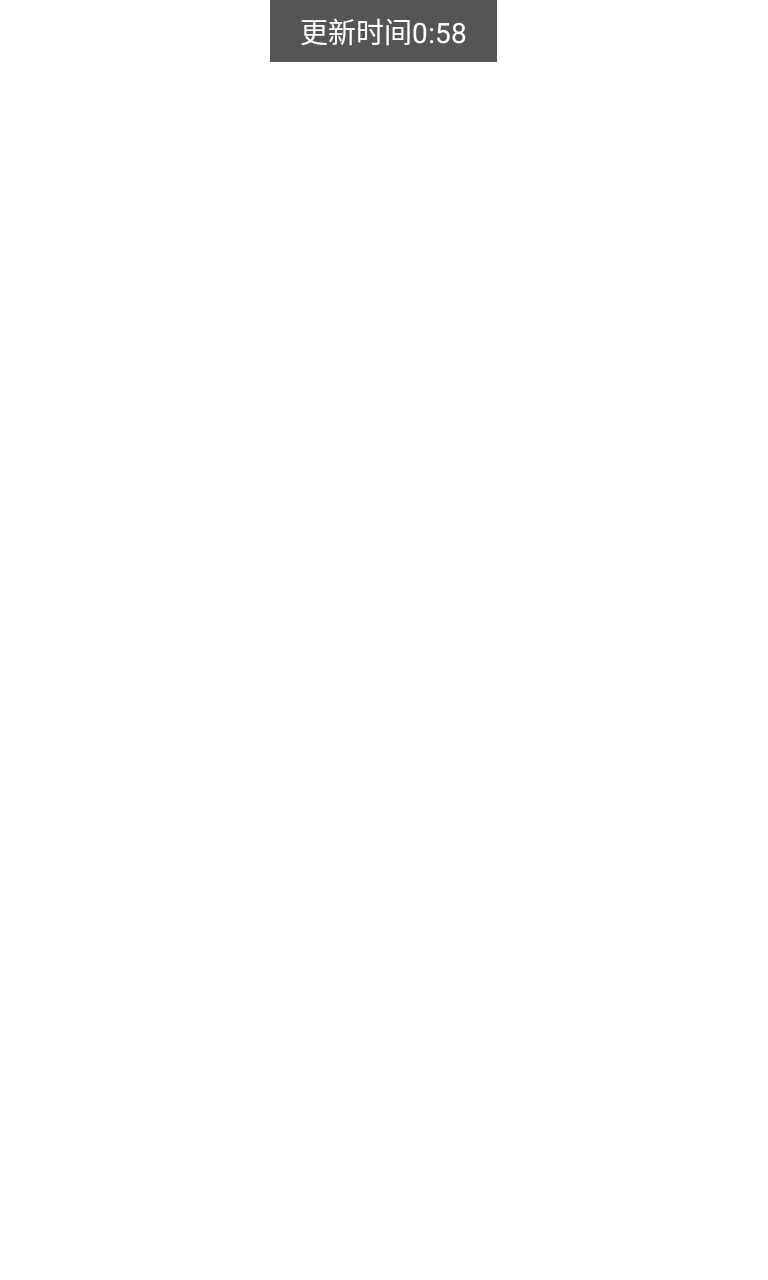
Repository: xuelang201201/Android
Layout: Android网络/天气预报/res/layout/weather_view.xml
The author's editor kept a copy of each file at every save. The layout is drawn from the files as they stood at one save, then again after the next save.
It is drawn on a 768 x 1280 px phone screen (xhdpi) without system bars, with theme AppBaseTheme; the app's code is not run.

Above is the layout before, as saved 2016-03-29 08:38:48.

After the next save:
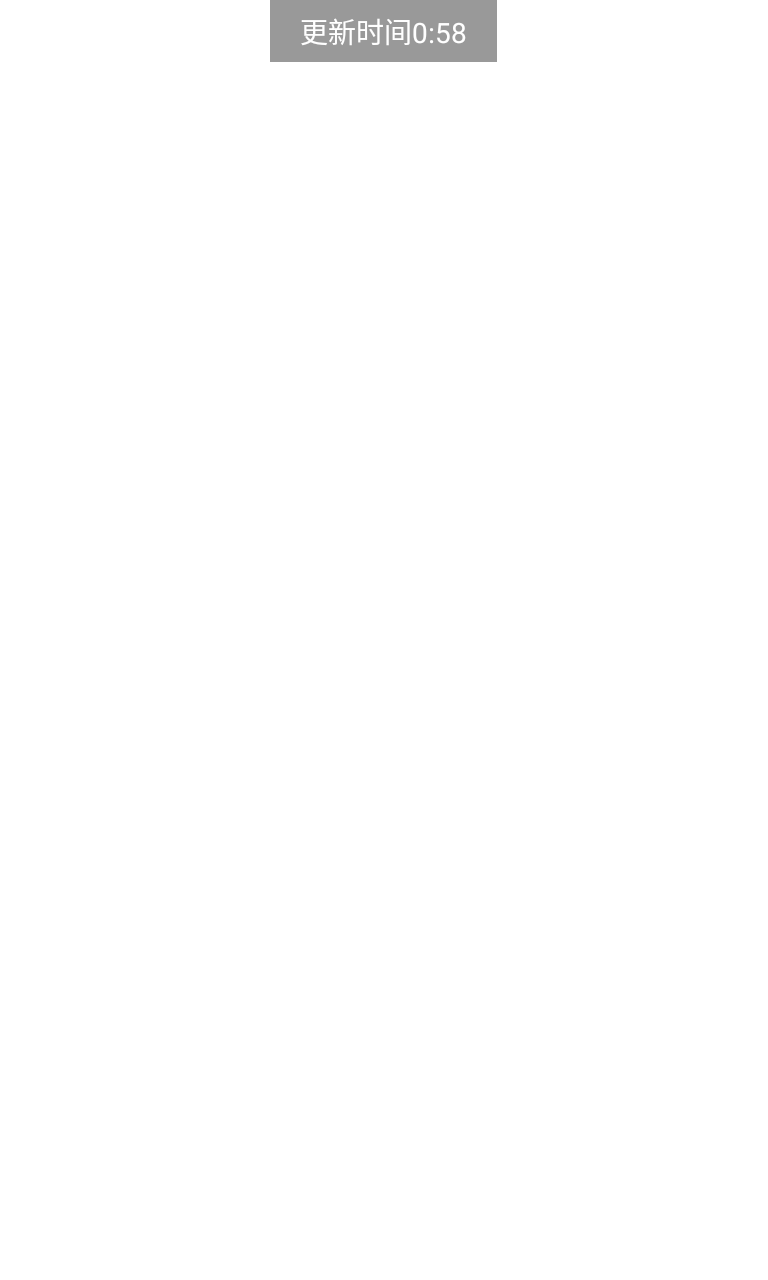
Saved 15 s later.
--- a/Android网络/天气预报/res/layout/weather_view.xml
+++ b/Android网络/天气预报/res/layout/weather_view.xml
@@ -13,7 +13,7 @@
         android:paddingTop="5dp"
         android:paddingBottom="5dp"
         android:text="更新时间0:58"
-        android:background="#555555"
+        android:background="#999999"
         android:layout_gravity="center_horizontal"
         android:textColor="#ffffff" />
 
